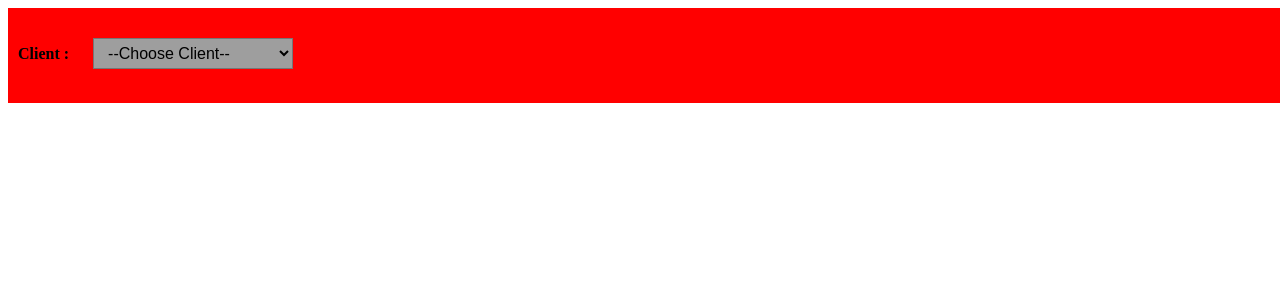
Repository: erjaimin/coding-ground
Page: http://localhost/SalesWebApp/stats.jsp
These files come from the project's save history. The page is drawn as it stood at one moment and after the next save; the edit follows.
The browser window is 1280 px wide. The pictures show the whole page.
Pictures or frames that could not be fetched are drawn as grey boxes. Some web libraries are served in a nearby version. The page is served by Tomcat 9. Queries for data that is not in the repository find no rows.

Above is the page before, as saved 2017-11-28 18:43:22.

After the next save:
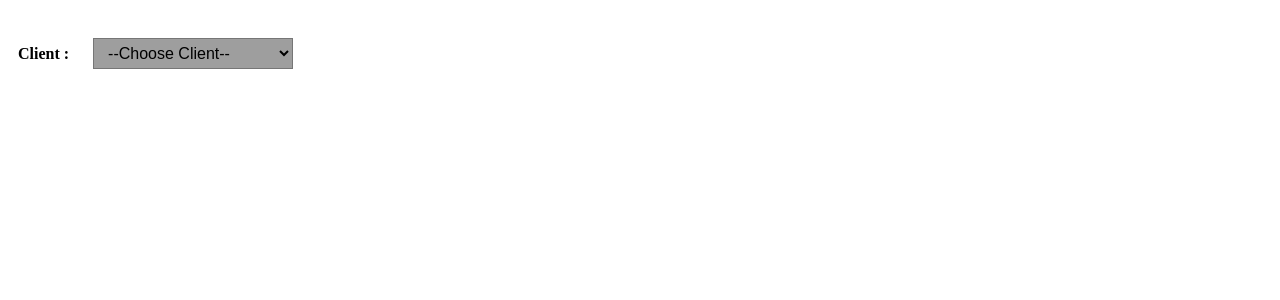
Saved 18 s later.
--- a/SalesWebApp/WebContent/stats.jsp
+++ b/SalesWebApp/WebContent/stats.jsp
@@ -87,7 +87,7 @@
 			position: fixed;
 		    width: 100%;
 		    height: 75px;
-		    background-color: #f00;
+		    background-color: white;
 		    padding: 10px;
 		}
 		#customerDropDown{
